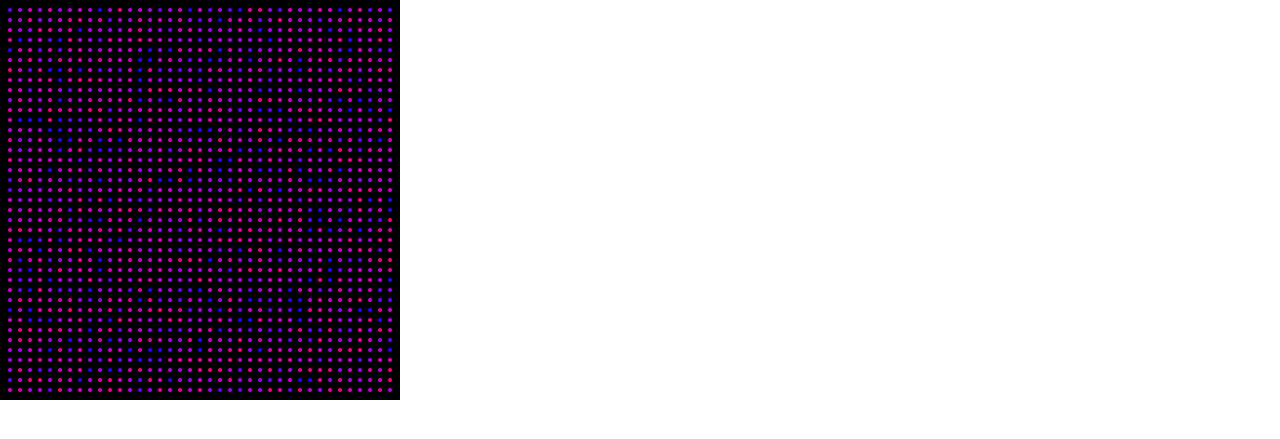
Repository: patriciqa/GenComp
Page: content/day02/pattern/index.html
The author's editor kept a copy of each file at every save. The page is drawn from the files as they stood at one save, then again after the next save.
The browser window is 1280 px wide. The pictures show the whole page.

Above is the page before, as saved 2021-09-30 11:06:33.

### content/day02/pattern/sketch.js
// /* CSS HEX */
// --blue: #2d00f7ff;
// --electric-indigo: #6a00f4ff;
// --electric-violet: #8900f2ff;
// --purple-x-11: #a100f2ff;
// --purple-x-11-2: #b100e8ff;
// --electric-purple: #bc00ddff;
// --steel-pink: #d100d1ff;
// --steel-pink-2: #db00b6ff;
// --fashion-fuchsia: #e500a4ff;
// --magenta-process: #f20089ff;
let CSS_COLOR_NAMES = [
  '#2d00f7ff',
  '#6a00f4ff',
  '#a100f2ff',
  '#b100e8ff',
  '#bc00ddff',
  ' #d100d1ff',
  '#db00b6ff',
  '#e500a4ff',
  '#f20089ff'
];

let counter = 0
function setup() {
  createCanvas(400, 400);
  stroke(0)
  noLoop();
}

function draw() {
  background('black');

  for (let x = 10; x < width; x += 10) {
    for (let y = 10; y < height; y += 10) {
      stroke(0);
      let randomColor = CSS_COLOR_NAMES[Math.floor(Math.random()*CSS_COLOR_NAMES.length)];
      fill(randomColor);

      ellipse(x, y, 5, 5);
      counter++;
    }
  }
}

Loaded but not shown: content/day02/pattern/index.html (common file); content/day02/pattern/style.css (common file); content/day02/pattern/libraries/p5.min.js (library); content/day02/pattern/libraries/p5.sound.min.js (library)

After the next save:
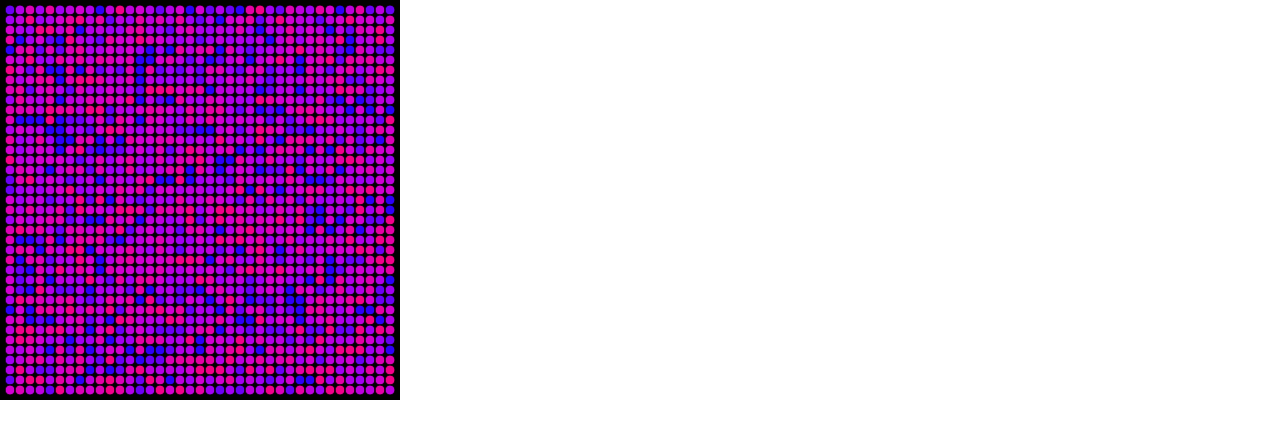
Saved 23 s later.
--- a/content/day02/pattern/sketch.js
+++ b/content/day02/pattern/sketch.js
@@ -37,7 +37,7 @@
       let randomColor = CSS_COLOR_NAMES[Math.floor(Math.random()*CSS_COLOR_NAMES.length)];
       fill(randomColor);
 
-      ellipse(x, y, 5, 5);
+      ellipse(x, y, 10, 10);
       counter++;
     }
   }
